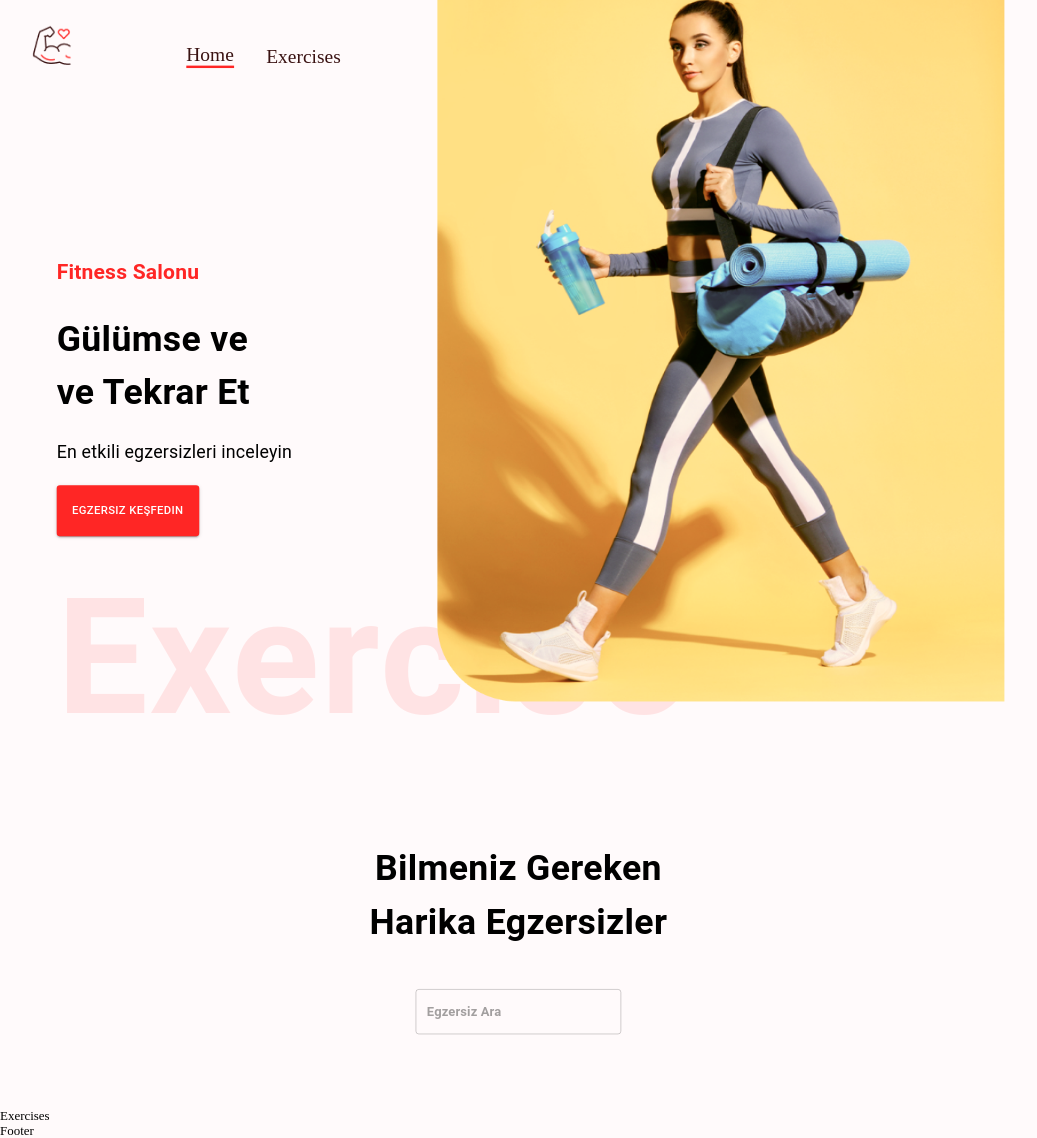
Repository: Kubraaygun/Gym_App
Page: /
The author's editor kept a copy of each file at every save. The page is drawn from the files as they stood at one save, then again after the next save.
The browser window is 1280 px wide. The pictures show the whole page, at 81% of full size.
The project was rebuilt for these pictures with package versions that can differ from the ones it lists, and the page was loaded fresh each time. Also part of the build but not shown: src/pages/ExerciseDetail.js.

Above is the page before, as saved 2025-01-25 17:30:53.

### src/App.js
import React from "react";
import "./App.css";
import { Route, Routes } from "react-router-dom";
import { Box } from "@mui/material";
import ExerciseDetail from "./pages/ExerciseDetail";
import Home from "./pages/Home";
import Navbar from "./components/Navbar";
import Footer from "./components/Footer";

const App = () => {
  return (
    <Box width="400px" sx={{ width: { xl: "1488" } }} m="auto">
      <Navbar />
      <Routes>
        <Route path="/" element={<Home />} />
        <Route path="/exercise/:id" element={<ExerciseDetail />} />
      </Routes>
      <Footer />
    </Box>
  );
};

export default App;

### src/pages/Home.js
import React, { useState } from "react";
import { Box } from "@mui/material";
import HeroBanner from "../components/HeroBanner";
import SearchExercises from "../components/SearchExercises";
import Exercises from "../components/Exercises";
const Home = () => {
  return (
    <Box>
      <HeroBanner />
      <SearchExercises />
      <Exercises />
    </Box>
  );
};

export default Home;

### src/components/Navbar.js
import React from "react";
import { Link } from "react-router-dom";
import { Stack } from "@mui/material";
import Logo from "../assets/images/Logo.png";
const Navbar = () => {
  return (
    <Stack
      direction="row"
      justifyContent="space-around"
      sx={{
        gap: { sm: "122px", sx: "40px" },
        mt: { sm: "32px", xs: "20px" },
        justifyContent: "none",
      }}
      px="20px"
    >
      <Link>
        <img
          src={Logo}
          alt="logo"
          style={{ width: "48px", height: "48px", margin: "0 20px" }}
        />
      </Link>
      <Stack direction="row" gap="40px" fontSize="24px" alignItems="flex-end">
        <Link
          to="/"
          style={{
            textDecoration: "none",
            color: "#3A1212",
            borderBottom: "3px solid #FF2625",
          }}
        >
          Home
        </Link>
        <a
          href="#exercises"
          style={{
            textDecoration: "none",
            color: "#3A1212",
          }}
        >
          Exercises
        </a>
      </Stack>
    </Stack>
  );
};

export default Navbar;

### src/components/HeroBanner.js
import React from "react";
import { Box, Stack, Typography, Button } from "@mui/material";
import HeroBannerImage from "../assets/images/banner.png";

const HeroBanner = () => {
  return (
    <Box
      className="banner"
      sx={{ mt: { lg: "212px", sx: "700px" }, ml: { sm: "50px" } }}
      position="relative"
      p="20px"
    >
      <Typography color="#FF2625" fontWeight="600" fontSize="26px">
        Fitness Salonu
      </Typography>
      <Typography
        fontWeight={700}
        sx={{ fontSize: { lg: "44px", sx: "40px" } }}
        mb="23px"
        mt="30px"
      >
        Gülümse ve <br /> ve Tekrar Et
      </Typography>
      <Typography fontSize="22px" lineHeight="35px" mb={3}>
        En etkili egzersizleri inceleyin
      </Typography>
      <Button
        variant="contained"
        color="error"
        href="#exercises"
        sx={{ backgroundColor: "#ff2625", padding: "19px" }}
      >
        Egzersiz keşfedin
      </Button>
      <Typography
        fontWeight={600}
        color="#ff2625"
        sx={{ opacity: 0.1, display: { lg: "block", xs: "none" } }}
        fontSize="200px"
      >
        Exercise
      </Typography>
      <img src={HeroBannerImage} alt="banner" className="hero-banner-img" />
    </Box>
  );
};

export default HeroBanner;

### src/components/SearchExercises.js
import React, { useState, useEffect } from "react";
import { Box, Button, Stack, TextField, Typography } from "@mui/material";
const SearchExercises = () => {
  return (
    <Stack alignItems="center" mt="37px" justifyContent="center" p="20px">
      <Typography
        fontWeight={700}
        sx={{ fontSize: { lg: "44px", sx: "30px" } }}
        mb="50px"
        textAlign="center"
      >
        Bilmeniz Gereken <br /> Harika Egzersizler
      </Typography>
      <Box position="relative" mb="72px">
        <TextField
          sx={{
            input: { fontWeight: "700", border: "none", borderRadius: "4px" },
          }}
          height="76px"
          value=""
          onChange={(e) => {}}
          placeholder="Egzersiz Ara"
          type="text"
        />
      </Box>
    </Stack>
  );
};

export default SearchExercises;

Loaded but not shown: public/index.html (common file); src/index.js (common file); src/App.css (common file); src/components/Footer.js (common file); src/components/Exercises.js (common file)

After the next save:
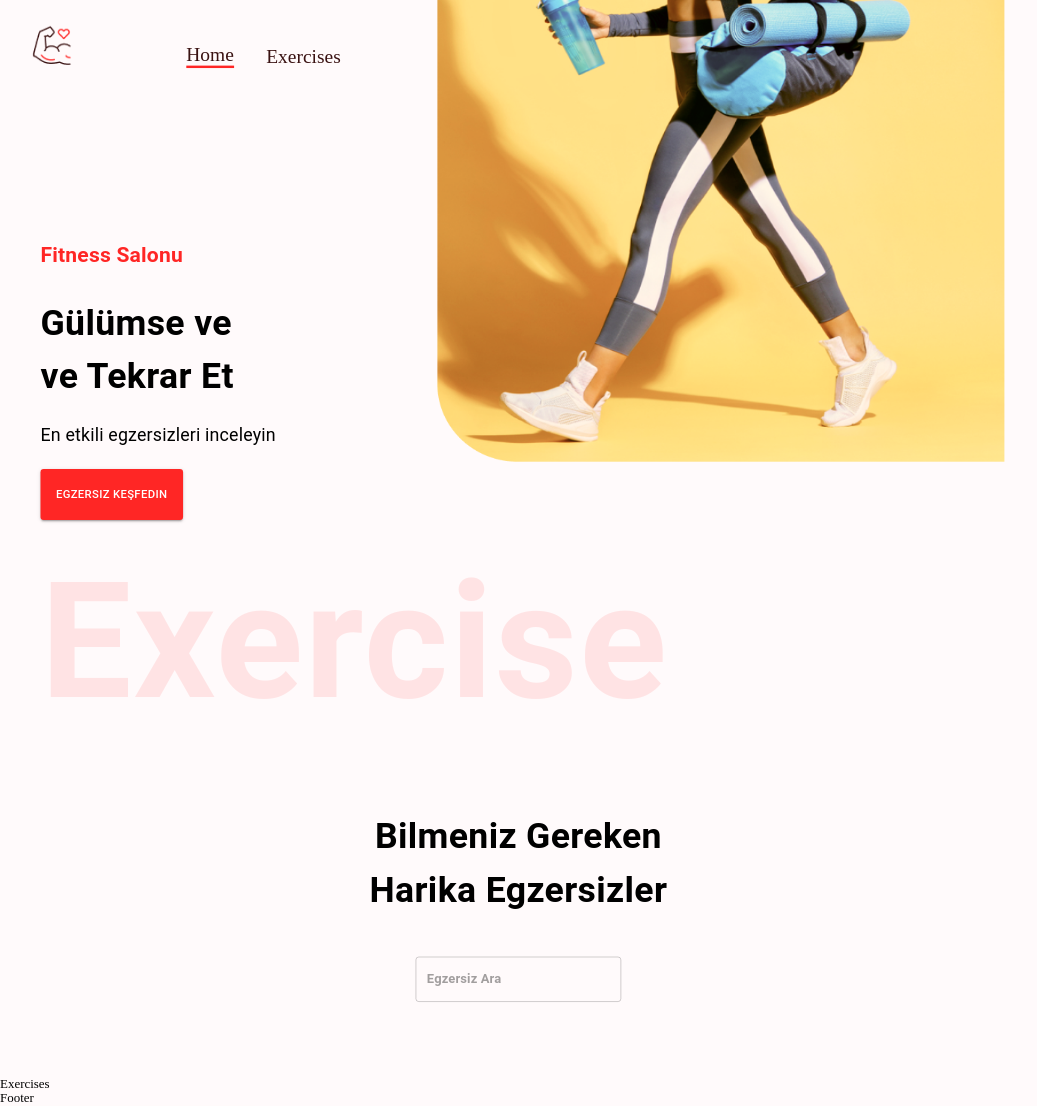
Saved 10 s later.
--- a/src/components/HeroBanner.js
+++ b/src/components/HeroBanner.js
@@ -7,8 +7,6 @@ const HeroBanner = () => {
     <Box
       className="banner"
       sx={{ mt: { lg: "212px", sx: "700px" }, ml: { sm: "50px" } }}
-      position="relative"
-      p="20px"
     >
       <Typography color="#FF2625" fontWeight="600" fontSize="26px">
         Fitness Salonu
